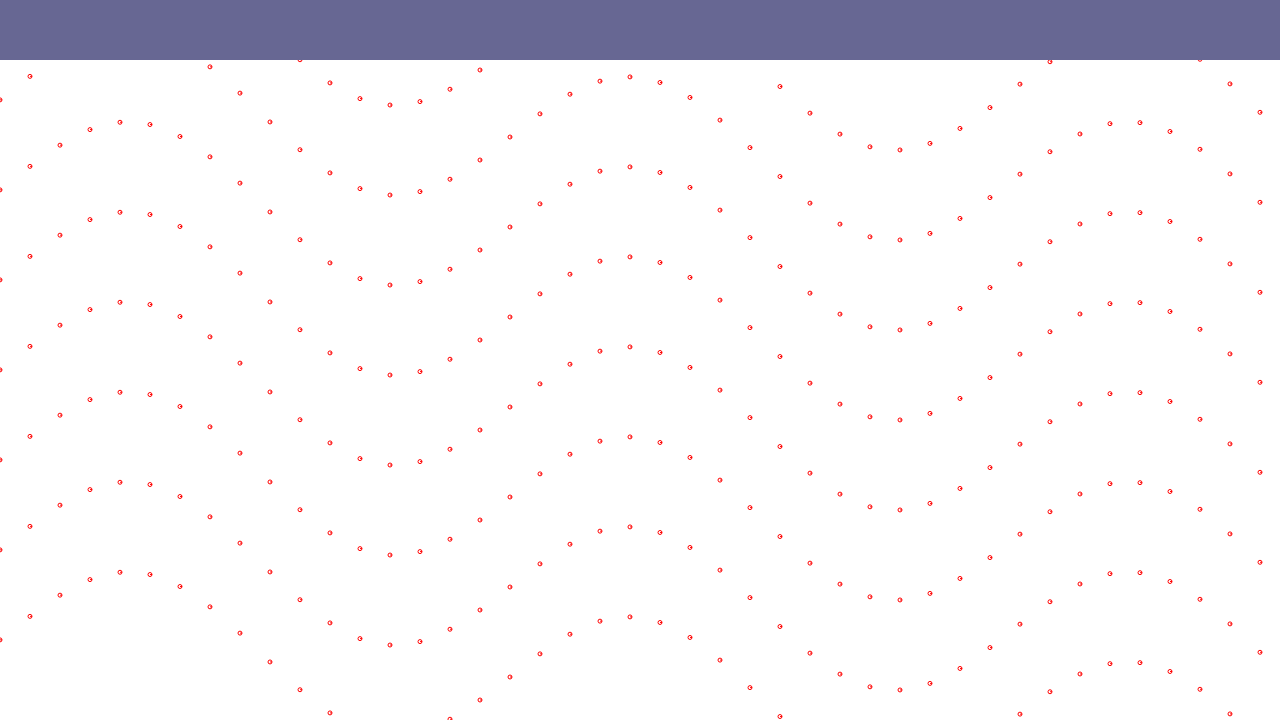
Repository: Iban-del/ProjetBacIban
Page: index.html
An editor plug-in stored every save of this project. The page is shown before and after the next save, followed by the edit.
The browser window is 1280 px wide. The pictures show the whole page.

Above is the page before, as saved 2025-02-18 20:11:49.

### index.html
<!DOCTYPE html>
<html lang="fr">
<head>
    <meta charset="UTF-8">
    <meta name="viewport" content="width=device-width, initial-scale=1.0">
    <link rel="icon" type="image/x-icon" href="./image/image.png">
    <link rel="stylesheet" href="./css/index.css">
    <title>Iban</title>
    <script src="./js/background.js" type="module"></script>
    <canvas id="canvas-background"></canvas>
</head>
<body>
    <nav class="navBar"></nav>

</body>
</html>

### css/index.css
html,body{
    margin: 0px;
    overflow-x: clip;
    display: flex;
}

.navBar{
    height: 60px;
    width: 100%;
    position: fixed;
    background-color: rgb(103, 103, 147);
    z-index: 1;
    display: flex;
    justify-content: end;
    align-items: center;
    color: white;
}

.background-canvas{
    overflow-x: clip;
    background:radial-gradient(rgb(50, 50, 71), rgb(0, 0, 0));
    z-index: 10;
    position: fixed;
}

### js/background.js
/**
 * création du fond du site
 */

//constante avec les couleur des composant
const darkColor ={
    backgrounds1:"#000",
    backgrounds2:"#141118",
};

//constante avec les couleur des composant
const lightColor ={
    backgrounds1:"#FDFCFE",
    backgrounds2:"#FAF8FD",
};


/**
 * fonction qui permet de géré le fond par default en cas d'érreur
 */
function defaultBackground(){

    const body = document.querySelector("body");

    if(body instanceof HTMLBodyElement){
        body.style.backgroundColor = darkColor.backgrounds2;
    }

}


/**
 * cette fonction permet d'attribué le style au canvas
 */
function canvasStyle(canvas){

    if(canvas instanceof HTMLCanvasElement){

        canvas.height = window.innerHeight;
        canvas.width = window.innerWidth;
        //canvas.style.background = "radial-gradient("+darkColor.backgrounds2+","+darkColor.backgrounds1+")";

        return;
    }

    throw new Error("Canvas n'est pas de type HTMLCanvasElement ");

}

/**
 * fonction de création d'une vague
 */
function vague(x){

    const A = 70;//l'amplitude
    const lambda = 0.002;//longueur d'onde
    const k = lambda*2*Math.PI; //nombre oscilation
    const phi = 3;//décalage
    return A*Math.sin(k*x+phi);
}


/**
 * affichage de la vague
 * @param CanvasRenderingContext2D  ctx
 */
function drawVague(ctx){

    if(ctx instanceof CanvasRenderingContext2D){
        for(let t = 0;t < window.innerHeight;t+= 90){
            for(let i = 0 ;i < window.innerWidth;i+=30){
                let x = i;
                let y = vague(x)+(t)+(x*0.09);
                ctx.beginPath();
                ctx.moveTo(x,y)
                ctx.strokeStyle="red";
                ctx.arc(x,y,2,0,Math.PI*2,true)
                ctx.stroke();
                console.log("test")
            }
        }

    }

}



/**
 * fonction d'initialisation du fond
 */
function init(){
    //récupération des élémentcanvas
    const canvas = document.querySelector("canvas");

    if(canvas instanceof HTMLCanvasElement){

        const ctx = canvas.getContext('2d');

        canvasStyle(canvas);
        drawVague(ctx)

    }
}

try{

    init()

}catch(error){

    console.log(error)
    defaultBackground()
}

After the next save:
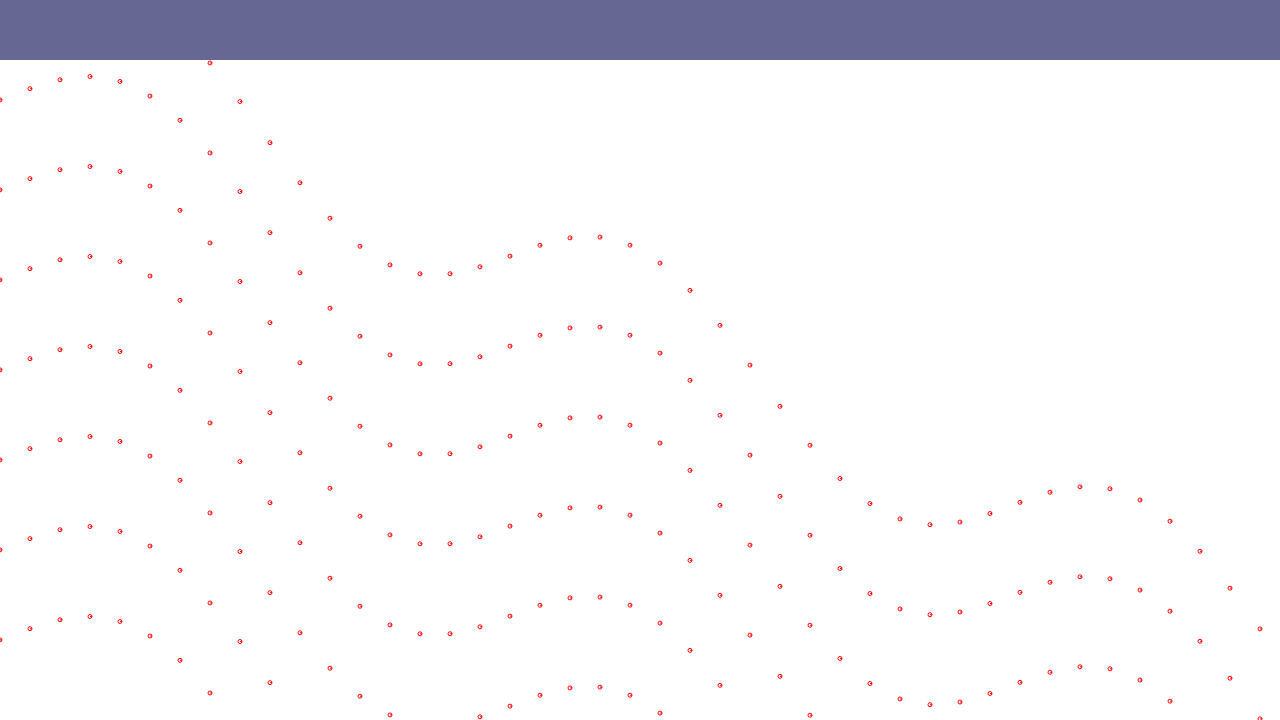
Saved 4 s later.
--- a/js/background.js
+++ b/js/background.js
@@ -70,7 +70,7 @@ function drawVague(ctx){
         for(let t = 0;t < window.innerHeight;t+= 90){
             for(let i = 0 ;i < window.innerWidth;i+=30){
                 let x = i;
-                let y = vague(x)+(t)+(x*0.09);
+                let y = vague(x)+(t)+(x*0.5);
                 ctx.beginPath();
                 ctx.moveTo(x,y)
                 ctx.strokeStyle="red";
